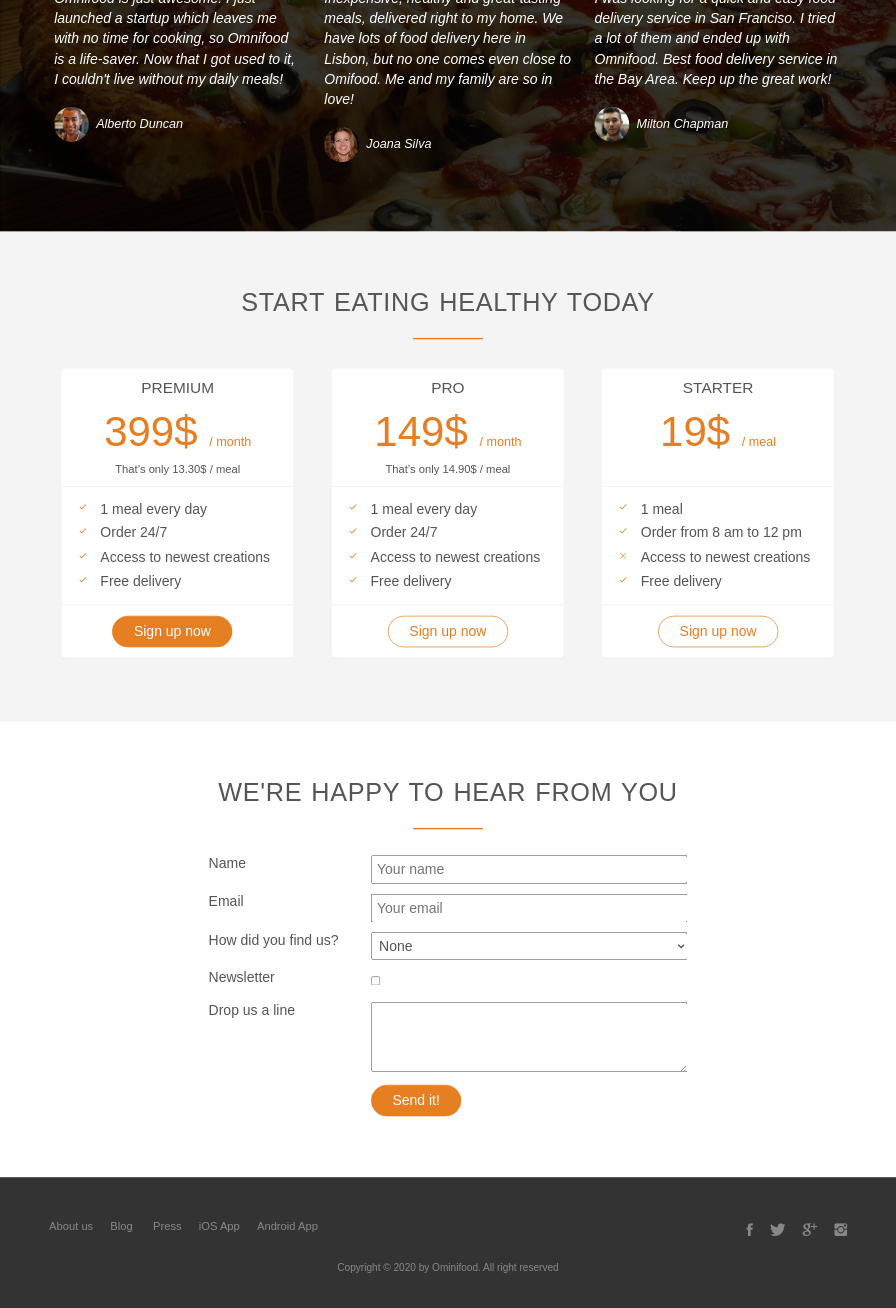
Repository: pboi18/E-Foods
Page: index.html
An editor plug-in stored every save of this project. The page is shown before and after the next save, followed by the edit.
The browser window is 1280 px wide. The pictures show the part of the page from y = 3674 to 5594 px (the page is 5543 px tall before and 5594 px after), at 70% of full size.
Backgrounds fixed to the window are drawn as part of the page.

Above is the page before, as saved 2020-07-15 04:39:19.

After the next save:
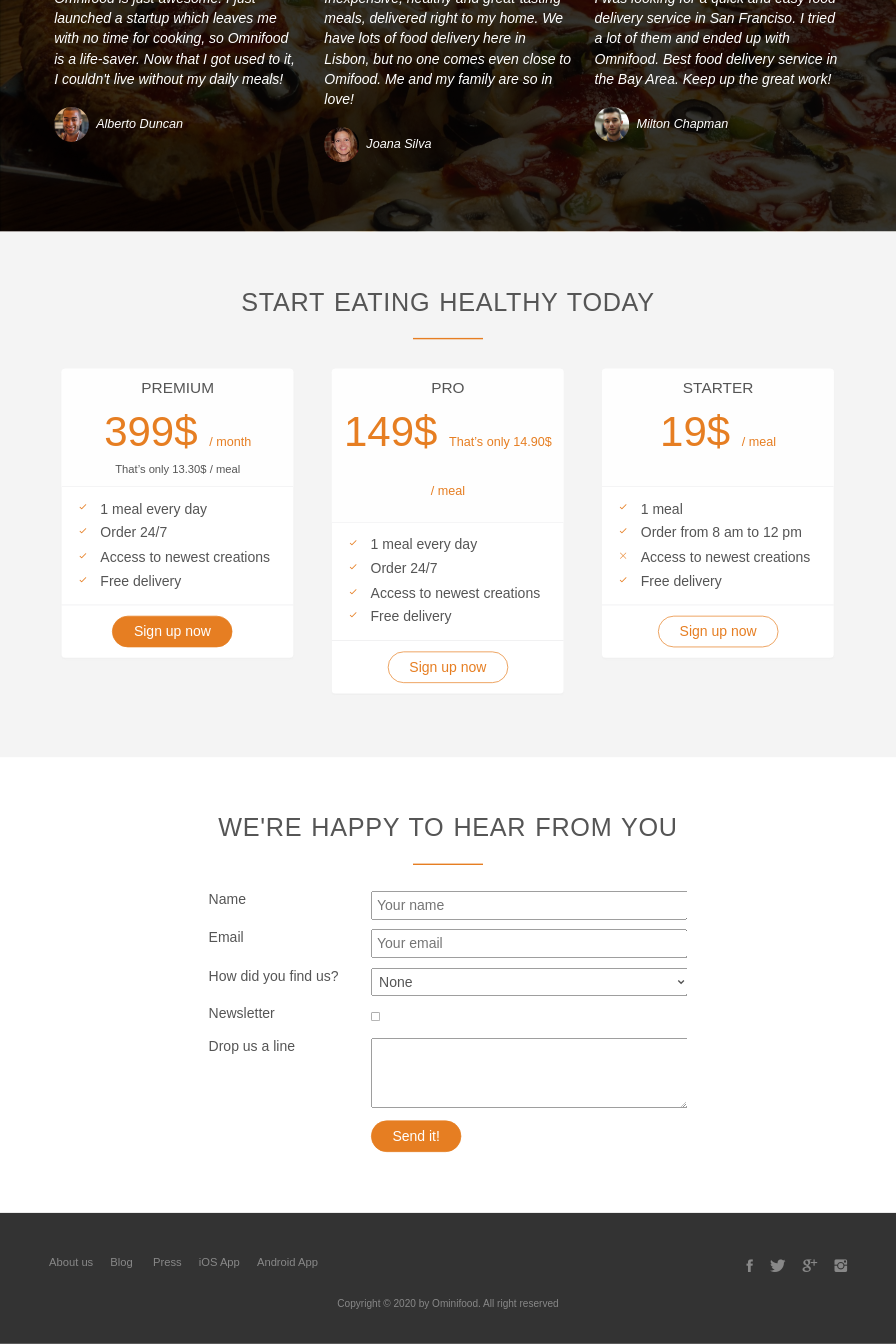
Saved 108 s later.
--- a/index.html
+++ b/index.html
@@ -311,7 +311,7 @@
                <div class="plan-box">
                   <div>
                      <h3>Pro</h3>
-                     <p class="plan-price">149$ <span>/ month</span></p>
+                     <p class="plan-price" style="font-weight: 100;">149$ <span style="font-weight: 300;>/ month</span></p>
                      <p class="plan-price-meal">That’s only 14.90$ / meal</p>
                   </div>
                   <div>

After the save that followed:
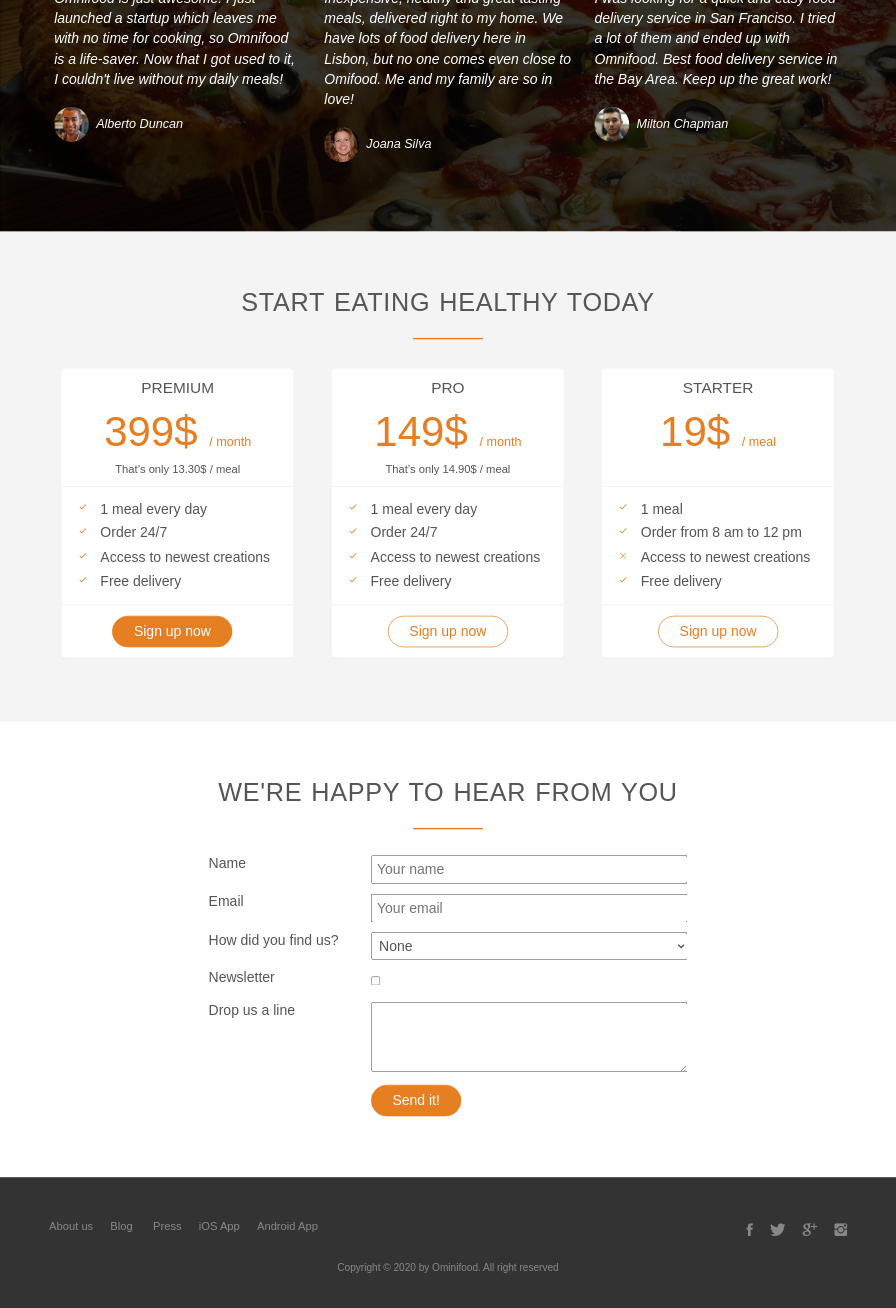
Saved 28 s later.
--- a/index.html
+++ b/index.html
@@ -311,7 +311,7 @@
                <div class="plan-box">
                   <div>
                      <h3>Pro</h3>
-                     <p class="plan-price" style="font-weight: 100;">149$ <span style="font-weight: 300;>/ month</span></p>
+                     <p class="plan-price" style="font-weight: 100;">149$ <span style="font-weight: 300;">/ month</span></p>
                      <p class="plan-price-meal">That’s only 14.90$ / meal</p>
                   </div>
                   <div>
